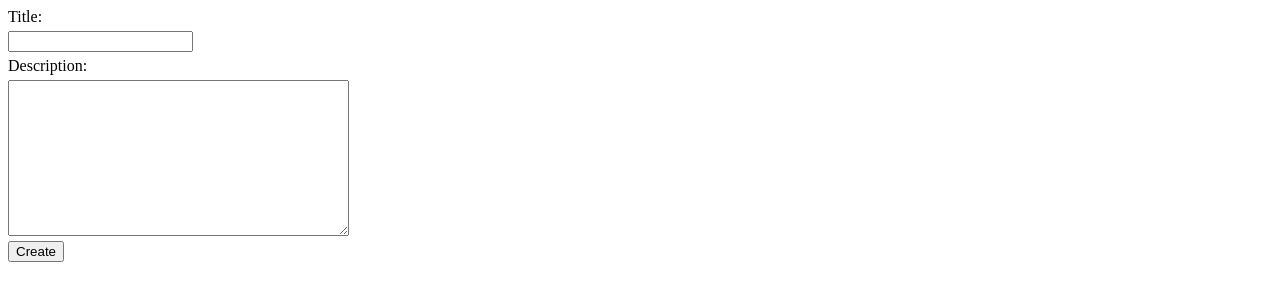
Repository: JasonMorta/Django-todo-crud-app
Page: http://localhost/create/
The author's editor kept a copy of each file at every save. The page is drawn from the files as they stood at one save, then again after the next save.
The browser window is 1280 px wide. The pictures show the whole page.
The page is served by the project's application, run on Django 4.2 (manage.py). Other server files are loaded and not shown.

Above is the page before, as saved 2023-06-20 21:26:06.

### todo_list/todo_app/templates/todo_app/todo_create.html
<!DOCTYPE html>
<html lang="en">
<head>
  <meta charset="UTF-8">
  <meta http-equiv="X-UA-Compatible" content="IE=edge">
  <meta name="viewport" content="width=device-width, initial-scale=1.0">
  <title>Document</title>
</head>
<style>
  form {
    display: flex;
    flex-direction: column;
    align-items: flex-start;
    gap: 5px;
  }
</style>
<body>
  <form method="post">
    {% csrf_token %}

    {#  form.as_p will render a form with each field wrapped in a <p> tag. #}
    {#  form.as_div will render a form with each field wrapped in a <div> tag.  #}

    {{ form}}
    <button type="submit">Create</button>
  </form>

</body>
</html>

### todo_list/todo_app/forms.py
from django import forms
from .models import Todo

class TodoForm(forms.ModelForm):
    class Meta:
        model = Todo # The model that will be used to create the form
        fields = ['title', 'description']
        # The array contains the fields that will be displayed in the form.

### todo_list/todo_app/models.py
from django.db import models

# Create your models here.
from django.db import models

# models.Model is the base class for all models
class Todo(models.Model):
    title = models.CharField(max_length=50) # create a character field with a max length of 50
    description = models.TextField() # create a text field
    created_at = models.DateTimeField(auto_now_add=True) # add a date and time field to the model

    def __str__(self):
        return self.title # instead of 'Todo object (1)', the title will be displayed

### todo_list/todo_app/views.py
from django.shortcuts import render, redirect
from .models import Todo
from .forms import TodoForm

# Get the todo list from the database and render it to todo_list.html
# This function is called when the user navigates to the home page
def todo_list(request):
    # the request parameter contains the type of request (GET, POST, etc.) '/'

    todos = Todo.objects.all() # get all the todos from the database

    #The third argument is a dictionary that contains the data that will be rendered to the template.
    return render(request, 'todo_app/todo_list.html', {'todos': todos})


def todo_create(request):
    print(request)
    # if the request method is POST, then the form is being submitted and save to the database
    if request.method == 'POST':

        # create a form instance and populate it with data from the request.
        form = TodoForm(request.POST)

        # The form would then look like this: <TodoForm bound=True, valid=False, fields=(title;description)>
        if form.is_valid(): # check if the form is valid (correct data types, etc.)
            form.save() # save the form to the database

            return redirect('todo_list') #redirect to todo_list.html / the home page

    # else, redirect to todo_create.html to render the form
    else:
        form = TodoForm()
        print('render(request,"todo_app/todo_create.html"')
    return render(request, 'todo_app/todo_create.html', {'form': form}) # navigate to todo_create.html


def todo_update(request, pk):
    print('todo_update')
    todo = Todo.objects.get(pk=pk)
    if request.method == 'POST':
        form = TodoForm(request.POST, instance=todo)
        if form.is_valid():
            form.save()
            return redirect('todo_list')
    else:
        form = TodoForm(instance=todo)
    return render(request, 'todo_app/todo_update.html', {'form': form})


def todo_delete(request, pk):
    todo = Todo.objects.get(pk=pk)
    if request.method == 'POST':
        todo.delete()
        return redirect('todo_list')
    return render(request, 'todo_app/todo_delete.html', {'todo': todo})

### todo_list/todo_list/urls.py
"""
URL configuration for todo_list project.

The `urlpatterns` list routes URLs to views. For more information please see:
    https://docs.djangoproject.com/en/4.2/topics/http/urls/
Examples:
Function views
    1. Add an import:  from my_app import views
    2. Add a URL to urlpatterns:  path('', views.home, name='home')
Class-based views
    1. Add an import:  from other_app.views import Home
    2. Add a URL to urlpatterns:  path('', Home.as_view(), name='home')
Including another URLconf
    1. Import the include() function: from django.urls import include, path
    2. Add a URL to urlpatterns:  path('blog/', include('blog.urls'))
"""
from django.urls import path
from todo_app.views import todo_list, todo_create, todo_update, todo_delete

urlpatterns = [
    path('', todo_list, name='todo_list'),
    path('create/', todo_create, name='todo_create'),
    path('update/<int:pk>/', todo_update, name='todo_update'),
    path('delete/<int:pk>/', todo_delete, name='todo_delete'),
]

After the next save:
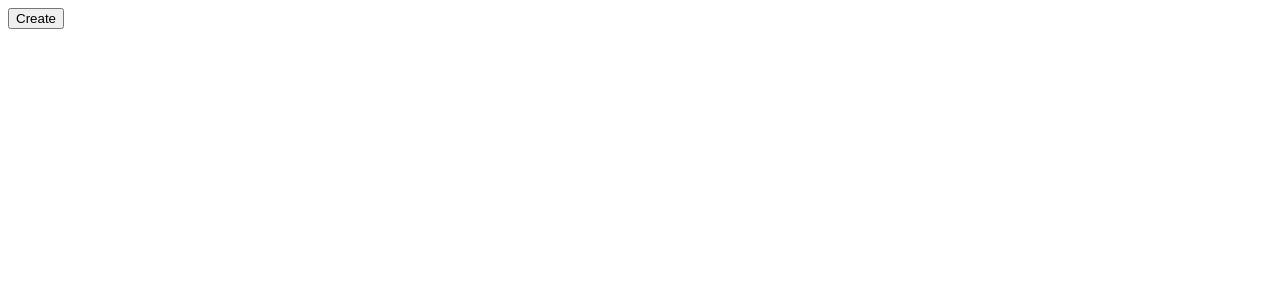
Saved 2 min 27 s later.
--- a/todo_list/todo_app/templates/todo_app/todo_create.html
+++ b/todo_list/todo_app/templates/todo_app/todo_create.html
@@ -21,7 +21,7 @@
     {#  form.as_p will render a form with each field wrapped in a <p> tag. #}
     {#  form.as_div will render a form with each field wrapped in a <div> tag.  #}
 
-    {{ form}}
+    {{ field }}
     <button type="submit">Create</button>
   </form>
 

After the save that followed:
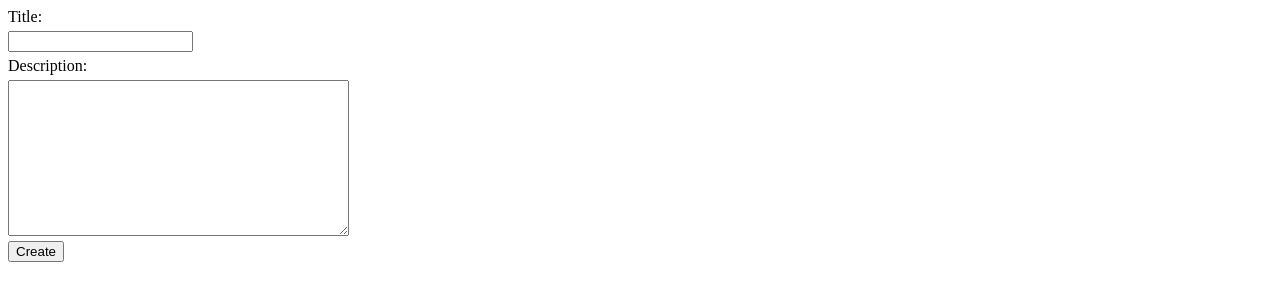
Saved 10 s later.
--- a/todo_list/todo_app/templates/todo_app/todo_create.html
+++ b/todo_list/todo_app/templates/todo_app/todo_create.html
@@ -21,7 +21,7 @@
     {#  form.as_p will render a form with each field wrapped in a <p> tag. #}
     {#  form.as_div will render a form with each field wrapped in a <div> tag.  #}
 
-    {{ field }}
+    {{ form }}
     <button type="submit">Create</button>
   </form>
 
